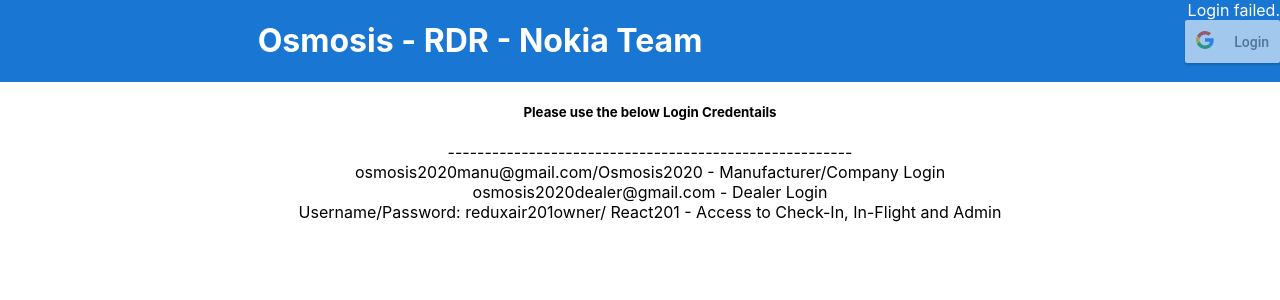
Repository: edeep/-osmosis2020React
Page: /
These files come from the project's save history. The page is drawn as it stood at one moment and after the next save; the edit follows.
The browser window is 1280 px wide. The pictures show the whole page.
The project was rebuilt for these pictures with package versions that can differ from the ones it lists, and the page was loaded fresh each time.

Above is the page before, as saved 2020-03-01 19:00:28.

### src/App.js
import React from 'react';
import AppLayoutWithHeader from './mainAppWrapperComponent/AppLayoutWithHeader';

import './App.css';

function App() {
  return (
    <div className="App">
      <AppLayoutWithHeader/>
    </div>
  );
}

export default App;

### src/mainAppWrapperComponent/AppLayoutWithHeader.js
import React from 'react';
import LoginComponent from './loginApp';
import Grid from '@material-ui/core/Grid';
export default class AppLayoutWithHeader extends React.Component {

    constructor(props) {
        super(props);
        this.state = {
            isAuthorized: false,
            userRole:'NA'
        }

    }

    updateIsAuthorized = (authorizedVale, userRole) => {
        this.setState({ isAuthorized: authorizedVale, userRole: userRole})
    }

    render() {

        return (
            <div>
               <Grid container style={{display:'flex'}}>
                    <Grid item xs={9} sm={9} style={{
                        textAlign: 'center', background: '#1976d2',
                        color: 'white' }}><h1>Osmosis - RDR - Nokia Team </h1></Grid>
                    <Grid item xs={3} sm={3} style={{ textAlign: 'right', background: '#1976d2',
                        color: 'white'
                    }}><LoginComponent isAuthorized={this.updateIsAuthorized} /></Grid>
                </Grid>


                {this.state.isAuthorized && this.state.userRole !== 'otherRole' ?
                   <div></div> :
                    <Grid container>
                        {this.state.userRole === 'otherRole' ?
                            <Grid item xs={12} sm={12} ><h5>'You are not authorized!' </h5></Grid>: ''}
                        <Grid item xs={12} sm={12} >
                        <div style={{
                            paddingLeft:'20px'
                        }}>
                        <h5>Please use the below Login Credentails</h5>
                        <div>-------------------------------------------------------</div>
                            <div>osmosis2020manu@gmail.com/Osmosis2020 - Manufacturer/Company Login</div>
                            <div>osmosis2020dealer@gmail.com - Dealer Login</div>
                            <div>Username/Password: reduxair201owner/ React201 - Access to Check-In, In-Flight and Admin</div>
                            </div>
                        </Grid>
                    </Grid>
                }

                </div>
        );
    }
}

### src/mainAppWrapperComponent/loginApp.js
import React from 'react';
//import Button from '@material-ui/core/Button';
//import ReactDOM from 'react-dom';
import GoogleLogin from 'react-google-login';
import { GoogleLogout } from 'react-google-login';
import PropTypes from 'prop-types';

export default class LoginComponent extends React.Component {
   //isAuthorized={this.updateIsAuthorized}
    constructor(props) {
        super(props);
        this.state = {
            userLoggedIn: false,
            userMessage: ''
        }
    }

     responseGoogleOnSucess = (response) => {
         console.log(response);
         this.setState({ userLoggedIn: true, userMessage: response.profileObj.name });
         let role = 'otherRole';
         if (response.profileObj.email === 'reduxair201adm@gmail.com')
         {
             role = 'admin';
         } else if (response.profileObj.email === 'reduxair201stf@gmail.com') {
             role = 'staff';
         } else if (response.profileObj.email === 'reduxair201owner@gmail.com') {
             role = 'owner';
         }
         this.props.isAuthorized(true, role);
    }


    responseGoogleOnFailure = (response) => {
        console.log(response);
        this.setState({ userLoggedIn: false, userMessage: 'Login failed.' });
        this.props.isAuthorized(false,'NA');
    }

    logout = (response) => {
        console.log(response);
        this.setState({ userLoggedIn: false, userMessage: '' });
        this.props.isAuthorized(false,'NA');
    }

    render() {


        return (
            <div>
                <div>{this.state.userMessage}</div>

                <div>{!this.state.userLoggedIn ?
                    <GoogleLogin
                        clientId="477163276602-qoaq5gonc65orfkccrrch8qm4mon1mqv.apps.googleusercontent.com"
                        buttonText="Login"
                        onSuccess={this.responseGoogleOnSucess}
                        onFailure={this.responseGoogleOnFailure}
                        cookiePolicy={'single_host_origin'}
                    /> :
                    <GoogleLogout
                        clientId="477163276602-qoaq5gonc65orfkccrrch8qm4mon1mqv.apps.googleusercontent.com"
                        buttonText="Logout"
                        onLogoutSuccess={this.logout}
                    />}
                </div>
                </div>
                );
                }
}

LoginComponent.propTypes = {
    isAuthorized: PropTypes.func
}

Loaded but not shown: public/index.html (common file); src/index.js (common file); src/index.css (common file); src/serviceWorker.js (common file); src/App.css (common file)

After the next save:
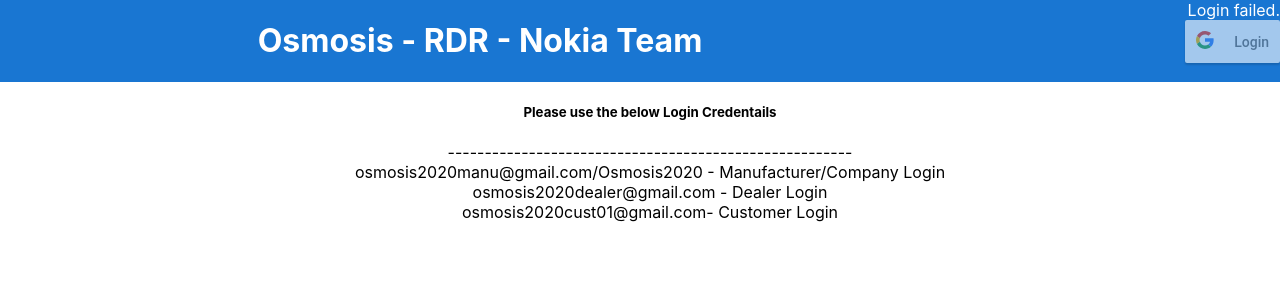
Saved 3 min 40 s later.
--- a/src/mainAppWrapperComponent/AppLayoutWithHeader.js
+++ b/src/mainAppWrapperComponent/AppLayoutWithHeader.js
@@ -43,7 +43,7 @@ export default class AppLayoutWithHeader extends React.Component {
                         <div>-------------------------------------------------------</div>
                             <div>osmosis2020manu@gmail.com/Osmosis2020 - Manufacturer/Company Login</div>
                             <div>osmosis2020dealer@gmail.com - Dealer Login</div>
-                            <div>Username/Password: reduxair201owner/ React201 - Access to Check-In, In-Flight and Admin</div>
+                                <div>osmosis2020cust01@gmail.com- Customer Login</div>
                             </div>
                         </Grid>
                     </Grid>
